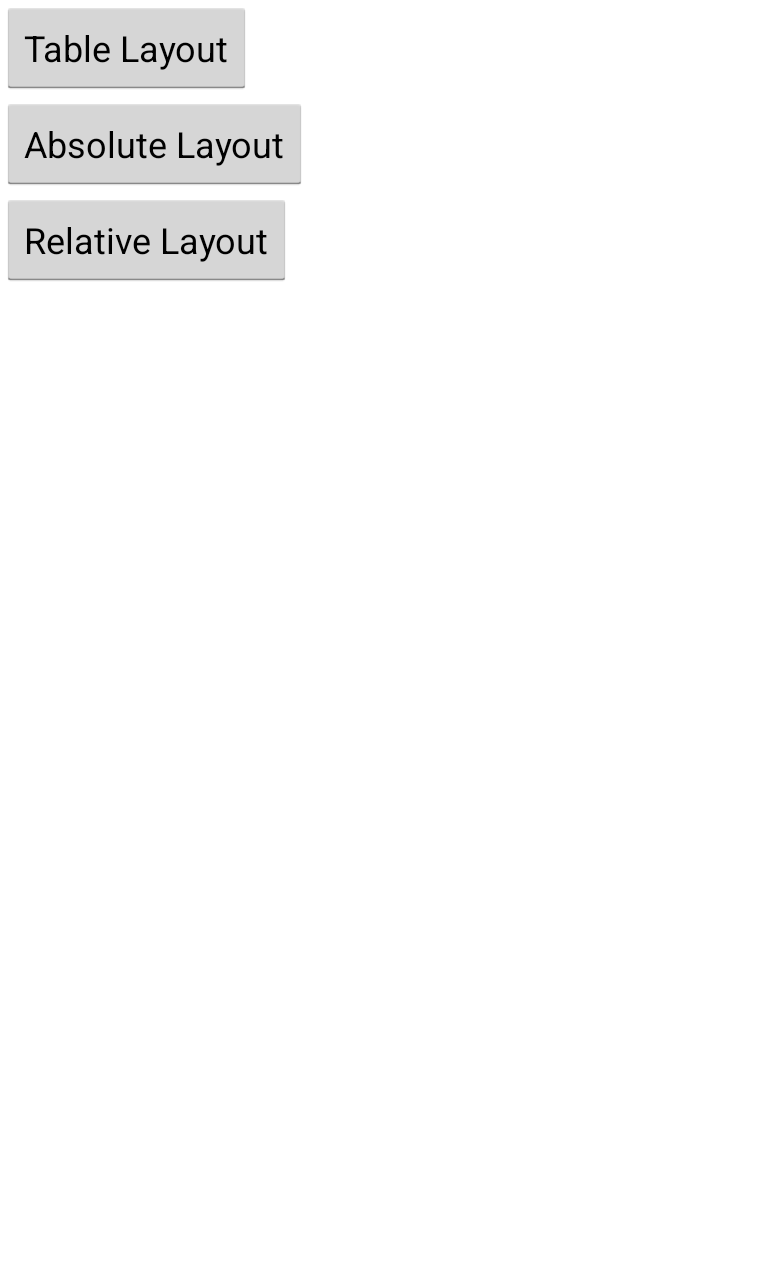
Repository: hugoM1/trainingNaranya
Layout: Layouts/res/layout/activity_home.xml
These files come from the project's save history. The layout is drawn as it stood at one moment and after the next save; the edit follows.
It is drawn on a 768 x 1280 px phone screen (xhdpi) without system bars, with theme AppTheme; the app's code is not run.

Above is the layout before, as saved 2013-08-14 01:52:28.

### Layouts/res/layout/activity_home.xml
<?xml version="1.0" encoding="utf-8"?>
<LinearLayout
    xmlns:android="http://schemas.android.com/apk/res/android"
	android:orientation="vertical"
	android:layout_width="fill_parent"
	android:layout_height="fill_parent">

		<Button
		    android:id="@+id/Button01"
		    android:text="@string/button1"
			android:layout_width="wrap_content"
			android:layout_height="wrap_content" />

		<Button

		    android:id="@+id/Button02"
		    android:text="@string/button2"
			android:layout_width="wrap_content"
			android:layout_height="wrap_content" />

		<Button
		    android:id="@+id/Button03"
		    android:text="@string/button3"
		    android:layout_width="wrap_content"
		    android:layout_height="wrap_content"/>

</LinearLayout>

### Layouts/res/values/strings.xml
<?xml version="1.0" encoding="utf-8"?>
<resources>

    <string name="app_name">Layouts</string>
    <string name="action_settings">Settings</string>
    <string name="hello_world">Hello world!</string>
    <string name="button1">Table Layout</string>
    <string name="button2">Absolute Layout</string>
    <string name="button3">Relative Layout</string>
    <string name="button4">Frame LAyout</string>

</resources>

Loaded but not shown: Layouts/res/values/styles.xml (common file); Layouts/res/values-v11/styles.xml (common file); Layouts/res/values-v14/styles.xml (common file)

After the next save:
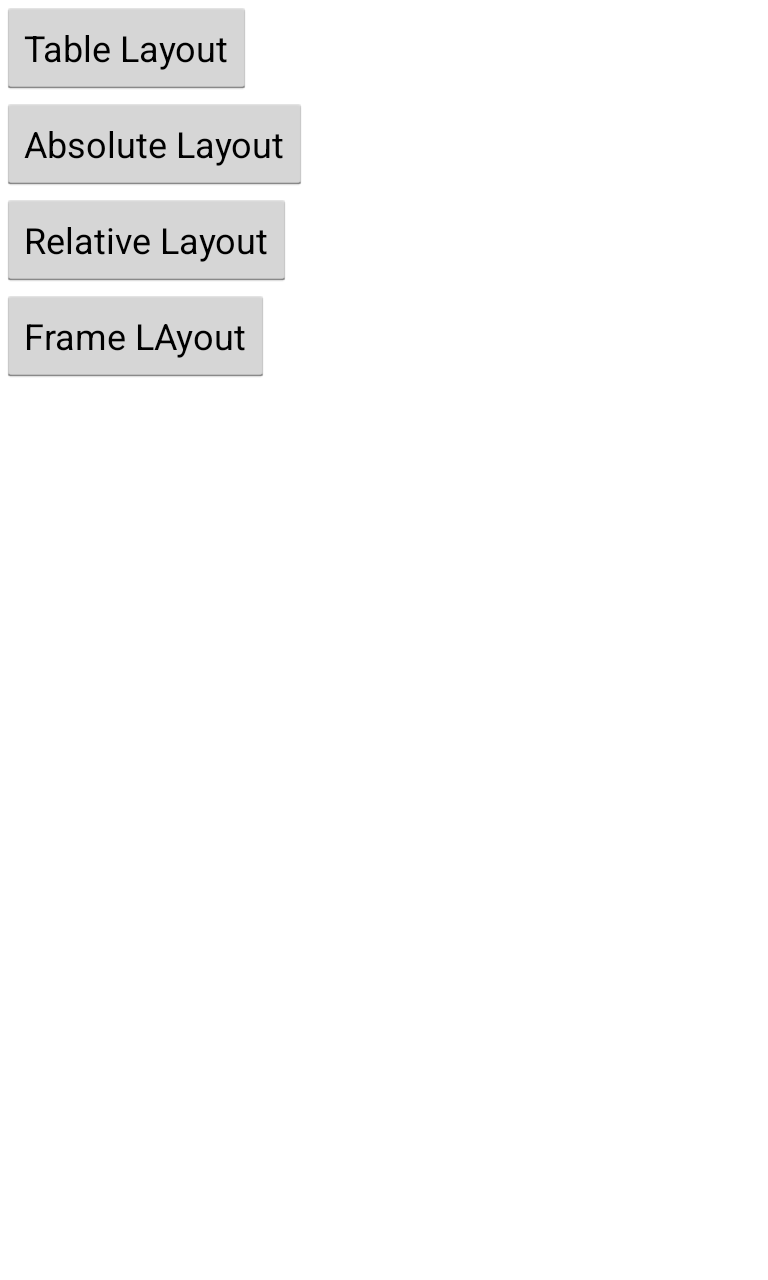
Saved 45 s later.
--- a/Layouts/res/layout/activity_home.xml
+++ b/Layouts/res/layout/activity_home.xml
@@ -24,4 +24,10 @@
 		    android:layout_width="wrap_content"
 		    android:layout_height="wrap_content"/>
 
+		<Button
+		    android:id="@+id/Button04"
+		    android:text="@string/button4"
+		    android:layout_width="wrap_content"
+		    android:layout_height="wrap_content"/>
+
 </LinearLayout>
